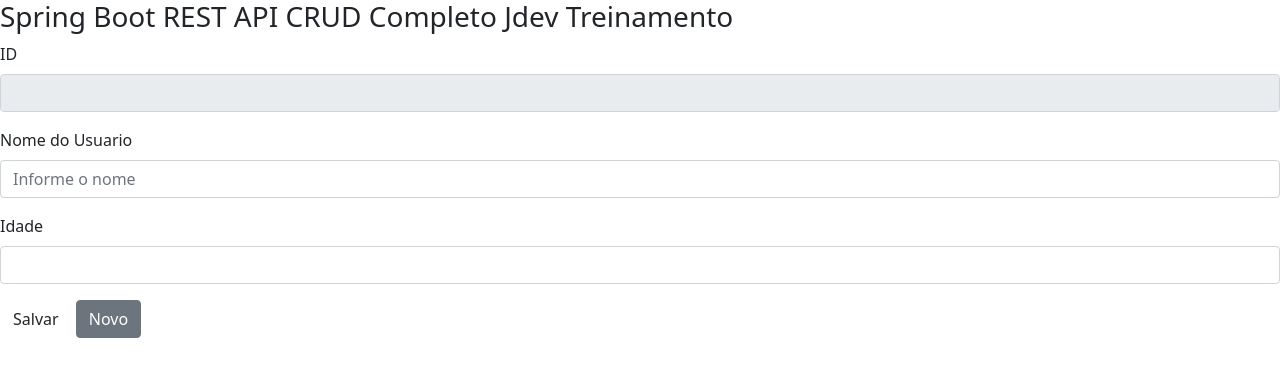
Repository: HallyssonKaynan/tccbancodedados
Page: eclipse-workspace/springboot-rest-api-sample/src/main/resources/static/index.html
The author's editor kept a copy of each file at every save. The page is drawn from the files as they stood at one save, then again after the next save.
The browser window is 1280 px wide. The pictures show the whole page.

Above is the page before, as saved 2022-08-24 19:48:31.

### eclipse-workspace/springboot-rest-api-sample/src/main/resources/static/index.html
<!DOCTYPE html>
<html lang="en">
<head>
<meta charset="UTF-8">
<title>Insert title here</title>
</head>
<link href="https://cdn.jsdelivr.net/npm/bootstrap@5.0.2/dist/css/bootstrap.min.css" rel="stylesheet" integrity="sha384-EVSTQN3/azprG1Anm3QDgpJLIm9Nao0Yz1ztcQTwFspd3yD65VohhpuuCOmLASjC" crossorigin="anonymous">
<body>
<h3> Spring Boot REST API CRUD Completo Jdev Treinamento</h3>

<form action="" id= "formCadastroUser">

<div class="mb-3">
  <label for="id" class="form-label">ID</label>
  <input type="text" class="form-control" id="id" readonly="readonly">
</div>

<div class="mb-3">
  <label for="nome" class="form-label">Nome do Usuario</label>
  <input type="text" class="form-control" id="nome" placeholder="Informe o nome" required="required">
</div>

<div class="mb-3">
  <label for="idade" class="form-label">Idade</label>
  <input type="number" class="form-control" id="idade">
</div>

</form>

<button type="button" class="btn btn-sucess" onclick="salvarUsuario()">Salvar</button>
<button type="button" class="btn btn-secondary" onclick="document.getElementById('formCadastroUser').reset();">Novo</button>
<script src="https://code.jquery.com/jquery-3.6.0.min.js" integrity="sha256-/xUj+3OJU5yExlq6GSYGSHk7tPXikynS7ogEvDej/m4=" crossorigin="anonymous"></script>

<script src="https://cdn.jsdelivr.net/npm/bootstrap@5.0.2/dist/js/bootstrap.bundle.min.js" integrity="sha384-MrcW6ZMFYlzcLA8Nl+NtUVF0sA7MsXsP1UyJoMp4YLEuNSfAP+JcXn/tWtIaxVXM" crossorigin="anonymous"></script>

<script type="text/javascript">
function salvarUsuario(){

     var id = $("#id").val();
     var nome = $("#nome").val();
     var idade = $("#idade").val();

     $.ajax({
    	 method: "POST",
    	 url: "salvar",
    	 data: JSON.stringify({id : id, nome : nome, idade : idade}),
    	 contentType: "application/json; charset=utf-8",
    	 success: function (response) {
    		 $("#id").val(response.id);
    		 alert("Gravou com sucesso")
    	 }
     }).fail(function (xhr, status, errorThrown) {
    	 alert("Erro ao salvar usuario: " + xhr.responseText);
     });
}
</script>
</body>
</html>

After the next save:
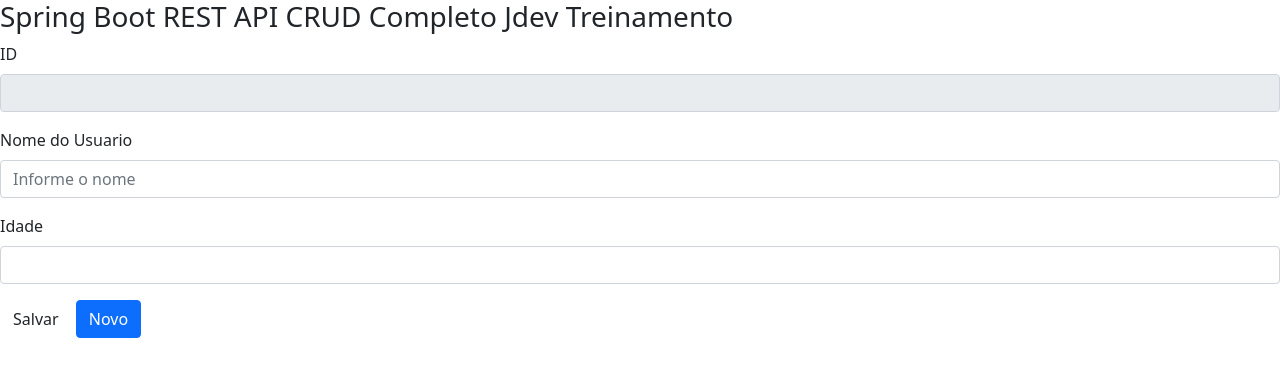
Saved 4 s later.
--- a/eclipse-workspace/springboot-rest-api-sample/src/main/resources/static/index.html
+++ b/eclipse-workspace/springboot-rest-api-sample/src/main/resources/static/index.html
@@ -28,7 +28,7 @@
 </form>
 
 <button type="button" class="btn btn-sucess" onclick="salvarUsuario()">Salvar</button>
-<button type="button" class="btn btn-secondary" onclick="document.getElementById('formCadastroUser').reset();">Novo</button>
+<button type="button" class="btn btn-primary" onclick="document.getElementById('formCadastroUser').reset();">Novo</button>
 <script src="https://code.jquery.com/jquery-3.6.0.min.js" integrity="sha256-/xUj+3OJU5yExlq6GSYGSHk7tPXikynS7ogEvDej/m4=" crossorigin="anonymous"></script>
 
 <script src="https://cdn.jsdelivr.net/npm/bootstrap@5.0.2/dist/js/bootstrap.bundle.min.js" integrity="sha384-MrcW6ZMFYlzcLA8Nl+NtUVF0sA7MsXsP1UyJoMp4YLEuNSfAP+JcXn/tWtIaxVXM" crossorigin="anonymous"></script>
